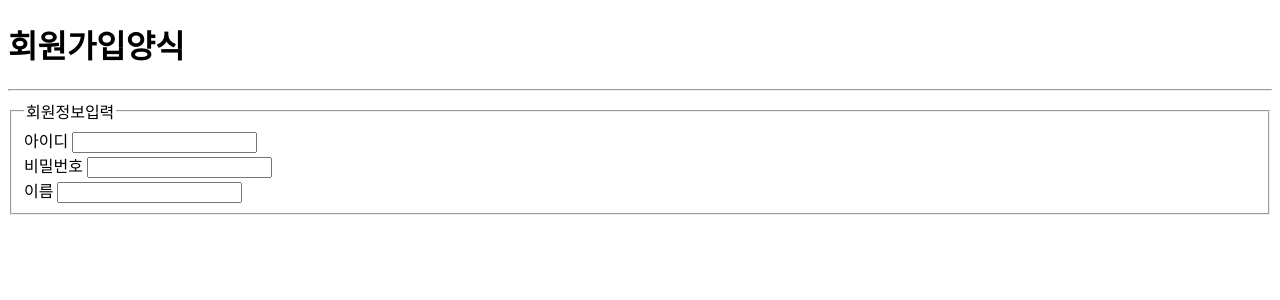
Repository: JWbase/Web_JAVA
Page: web-workspace/03_dbProject/src/main/webapp/html/joinFrm.html
These files come from the project's save history. The page is drawn as it stood at one moment and after the next save; the edit follows.
The browser window is 1280 px wide. The pictures show the whole page.

Above is the page before, as saved 2022-08-30 01:38:46.

After the next save:
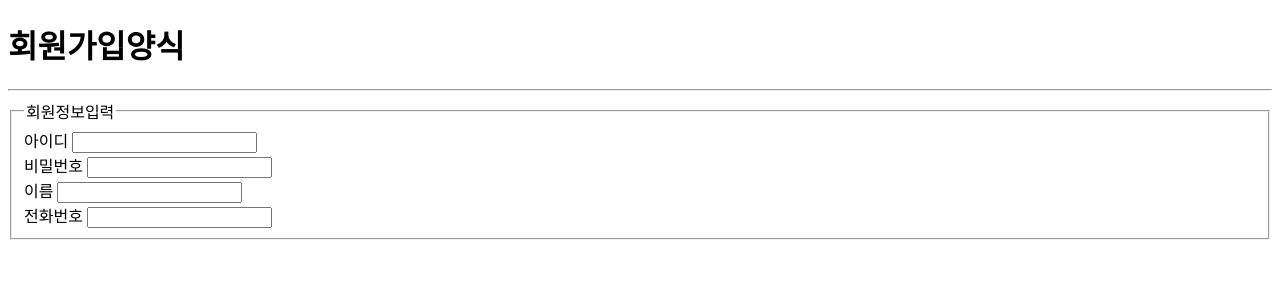
Saved 20 s later.
--- a/web-workspace/03_dbProject/src/main/webapp/html/joinFrm.html
+++ b/web-workspace/03_dbProject/src/main/webapp/html/joinFrm.html
@@ -16,6 +16,9 @@
 		<input type="password" name="memberPw" id="memberPw"><br>
 		<label for="memberName">이름</label>
 		<input type="text" name="memberName" id="memberName"><br>
+		<label for="memberPhone">전화번호</label>
+		<input type="text" name="memberPhone" id="memberPhone"><br>
+
 	</fieldset>
 	</form>
 </body>
